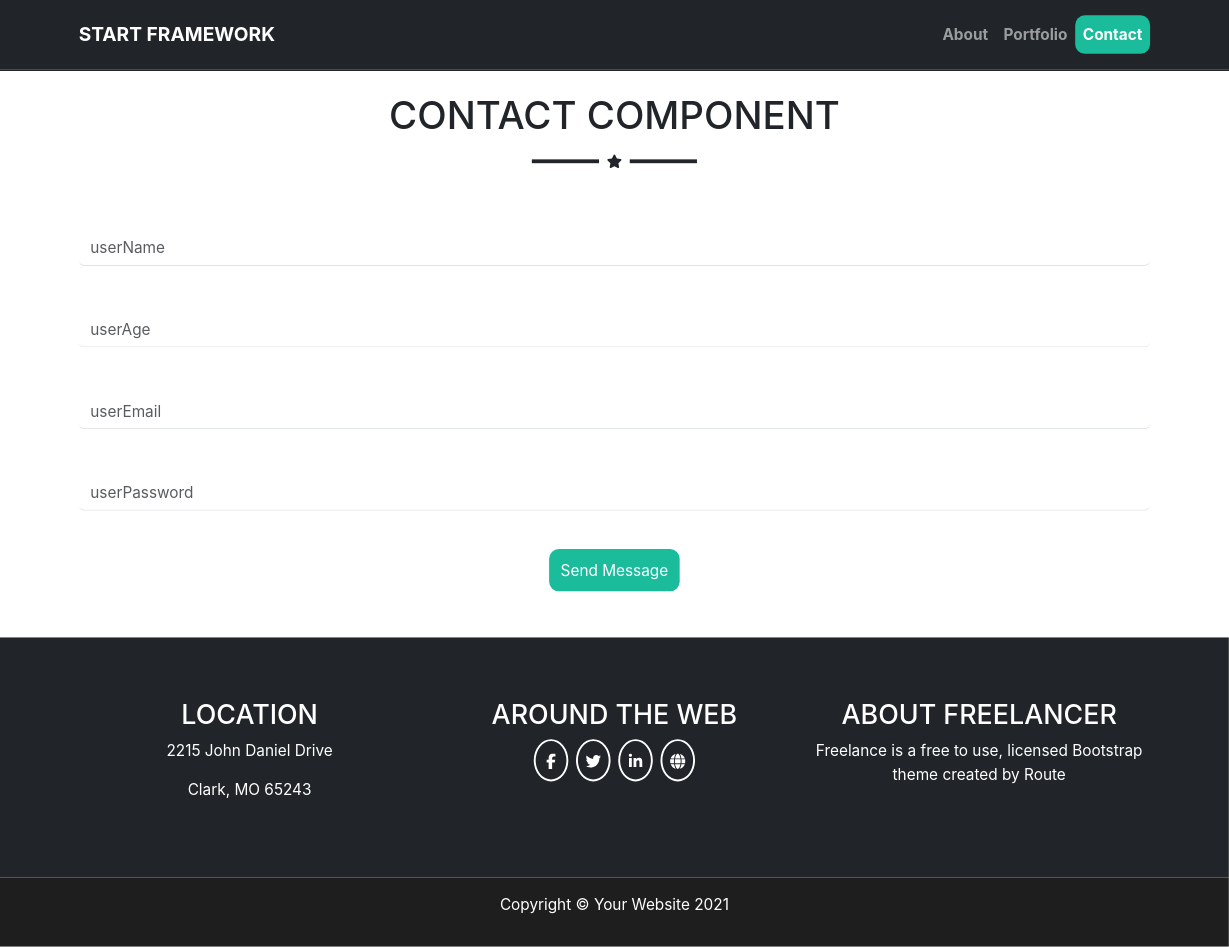
Repository: YomnaWegdan/startFramework
Page: /contact
These files come from the project's save history. The page is drawn as it stood at one moment and after the next save; the edit follows.
The browser window is 1280 px wide. The pictures show the whole page, at 96% of full size.
The project was rebuilt for these pictures with package versions that can differ from the ones it lists, and the page was loaded fresh each time. Also part of the build but not shown: src/Components/Home.jsx, src/Components/About.jsx, src/Components/Error.jsx, src/Components/Portfolio.jsx.

Above is the page before, as saved 2024-02-06 00:11:46.

After the next save:
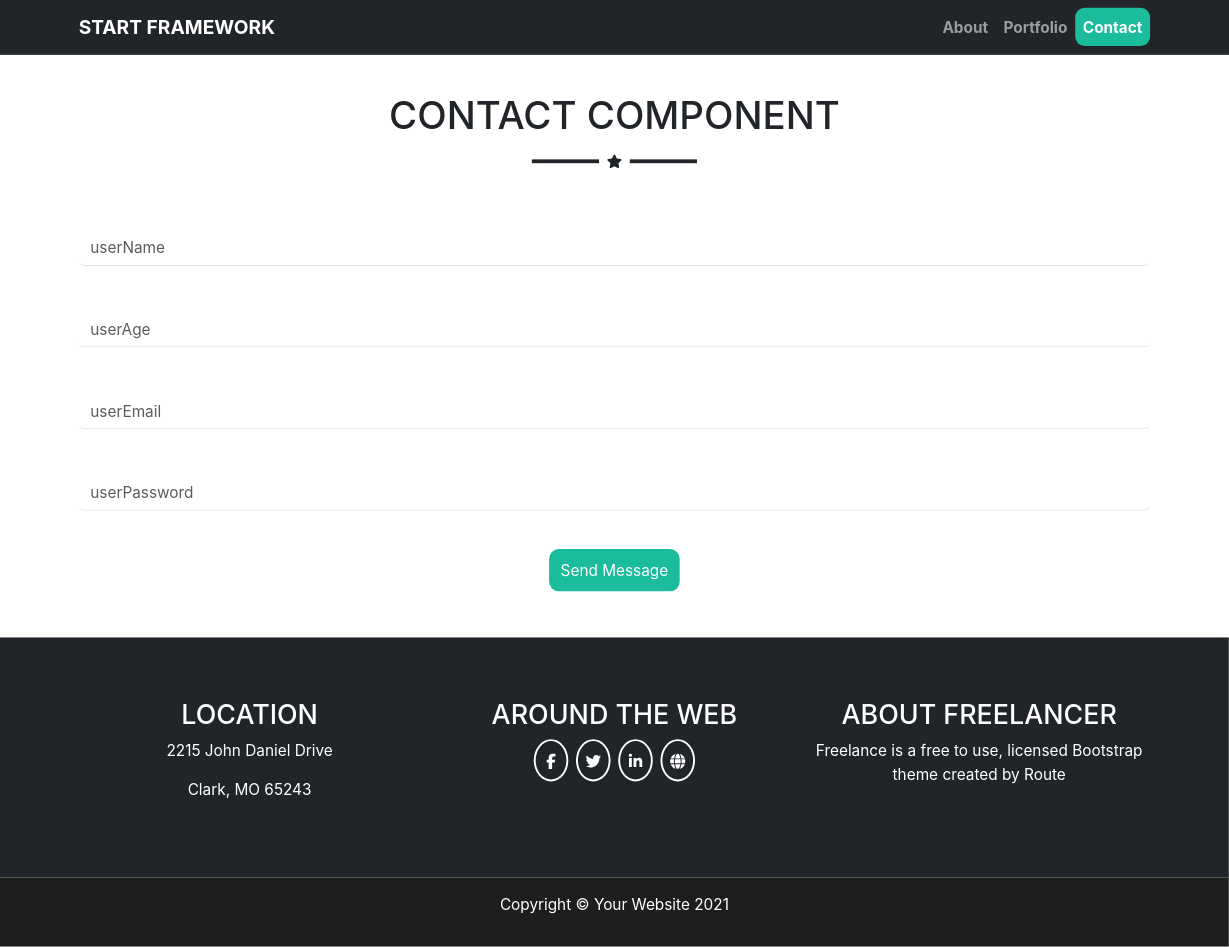
Saved 6 s later.
--- a/src/Components/Navbar.jsx
+++ b/src/Components/Navbar.jsx
@@ -12,7 +12,7 @@ export default function Navbar() {
   return (
     <>
       <nav
-        className="navbar navbar-expand-lg bg-dark border-bottom border-body  fixed-top fw-bold py-3 "
+        className="navbar navbar-expand-lg bg-dark border-bottom border-body  fixed-top fw-bold  "
         data-bs-theme="dark"
       >
         <div className="container">
